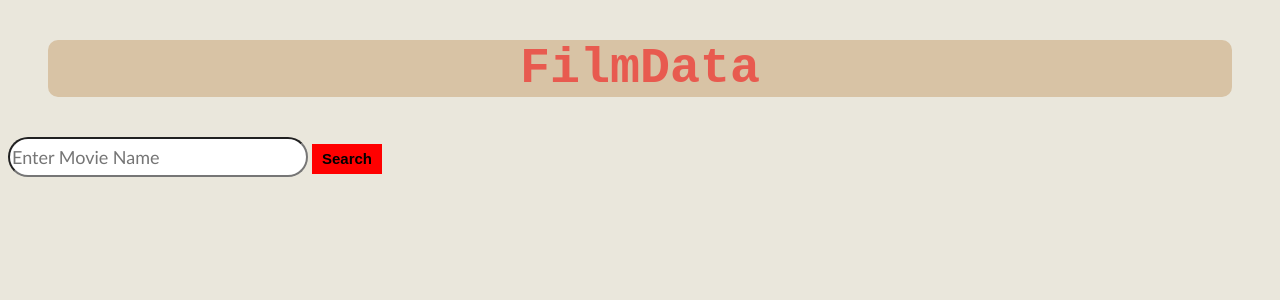
Repository: priyankajainmodi/film_data
Page: index.html
An editor plug-in stored every save of this project. The page is shown before and after the next save, followed by the edit.
The browser window is 1280 px wide. The pictures show the whole page.

Above is the page before, as saved 2021-11-25 22:28:43.

After the next save:
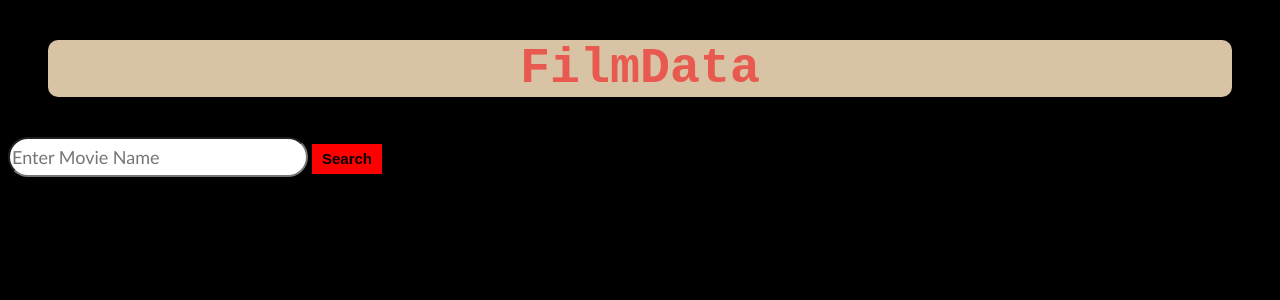
Saved 2 min 50 s later.
--- a/index.html
+++ b/index.html
@@ -46,7 +46,7 @@
 
 </head>
 
-<body bgcolor="#EAE7DC">
+<body bgcolor="#000">
     <h1 id="heading" style="color:#E85A4F;margin-bottom:50;border-radius:10px; text-align:center;font-family:monospace;background-color:#D8C3A5;font-size:50px;margin:40px;">FilmData</h1>
 
     <div id="enter">
